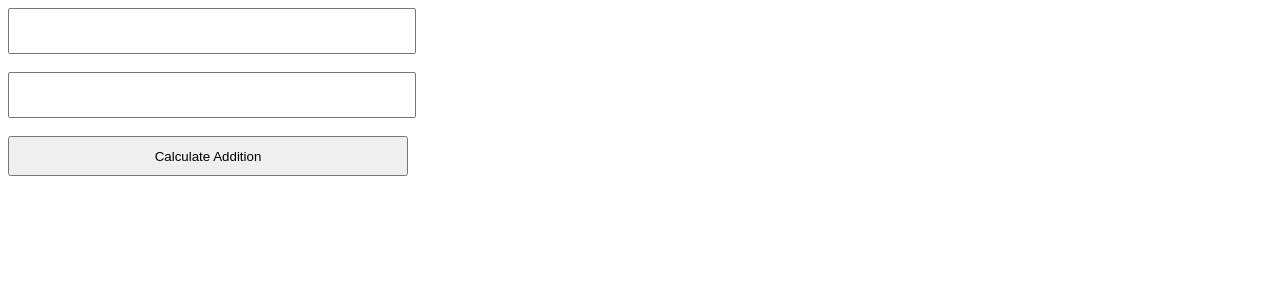
Repository: vaibhaokamble/MY_INSTITUTE_PUNE
Page: SERVLET/AdditionApplication/src/main/webapp/Addition.html
The author's editor kept a copy of each file at every save. The page is drawn from the files as they stood at one save, then again after the next save.
The browser window is 1280 px wide. The pictures show the whole page.

Above is the page before, as saved 2022-10-18 08:15:33.

### SERVLET/AdditionApplication/src/main/webapp/Addition.html
<!DOCTYPE html>
<html>
<head>
<meta charset="UTF-8">
<title>Insert title here</title>
</head>
<body>
	<input type='text' name='first' value=''
		style='width: 400px; height: 40px;' />
	<br>
	<br>
	<input type='text' name='second' value=''
		style='width: 400px; height: 40px;' />
	<br>
	<br>
	<input type='submit' name='s' value='Calculate Addition'
		style='width: 400px; height: 40px;' />

</body>
</html>

After the next save:
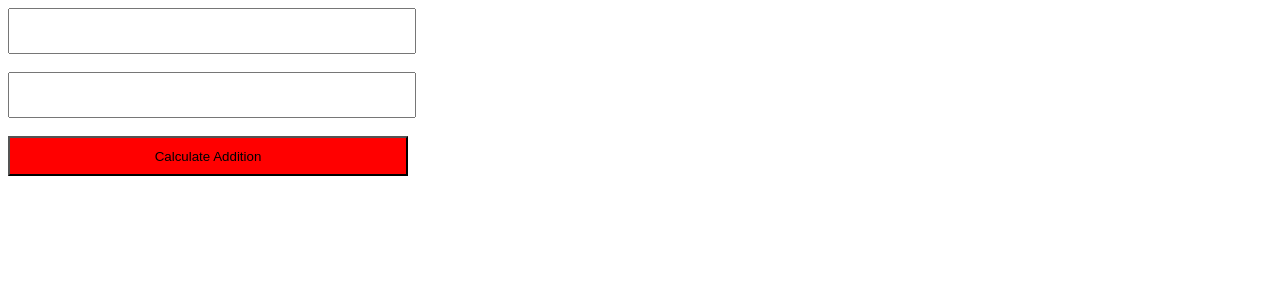
Saved 89 s later.
--- a/SERVLET/AdditionApplication/src/main/webapp/Addition.html
+++ b/SERVLET/AdditionApplication/src/main/webapp/Addition.html
@@ -14,7 +14,7 @@
 	<br>
 	<br>
 	<input type='submit' name='s' value='Calculate Addition'
-		style='width: 400px; height: 40px;' />
+		style='width: 400px; height: 40px; background-color:red;' />
 
 </body>
 </html>
